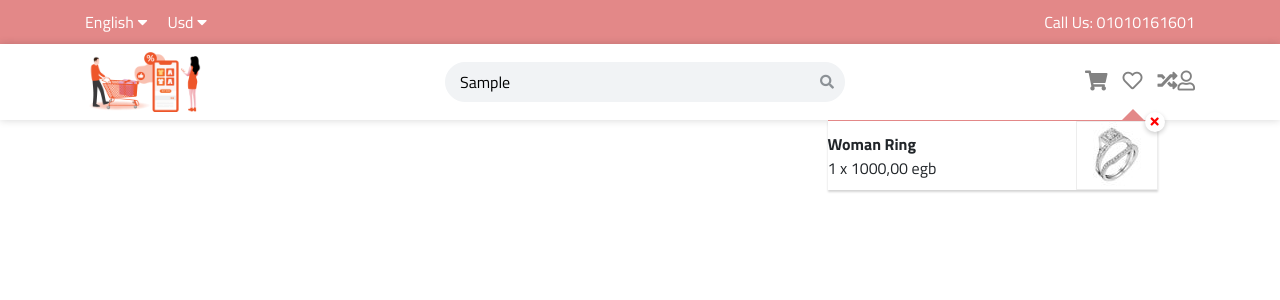
Repository: amrh20/ecommerce-temp
Page: src/index.html
An editor plug-in stored every save of this project. The page is shown before and after the next save, followed by the edit.
The browser window is 1280 px wide. The pictures show the whole page.
Empty fields were first filled with sample values (such as "Sample", 5 or name@example.com).
After loading, the first visible `div.wishlist-view` was clicked once.
The style sheet was rebuilt from its Sass, Less or Tailwind sources for each picture, by a compiler version that may differ from the author's.

Above is the page before, as saved 2020-01-19 12:01:53.

### src/index.html
<!DOCTYPE html>
<html lang="en" dir="ltr">

<head>
  <!-- Mobile specific metas===========================-->
  <meta charset="UTF-8">
  <meta name="viewport" content="width=device-width, initial-scale=1.0">
  <meta http-equiv="X-UA-Compatible" content="ie=edge">
  <!-- Basic page needs===========================-->
  <title>template</title>
  <!-- Favicon===========================-->
  <!-- <link rel="shortcut icon" type="image/x-icon" href="./images/fave-icon.png"> -->
  <!-- Css Base And Vendor ===========================-->
  <link rel="stylesheet" href="./vendors/bootstrap-4/css/bootstrap.min.css">
  <link rel="stylesheet" href="./vendors/fontawesome5.2/css/all.min.css">
  <link rel="stylesheet" href="./vendors/slickslider/slick.css">
  <!-- Site Style===========================-->
  <link rel="stylesheet" href="./styles/main.css">
  <!--[if lt IE 9]>
            <script src="https://oss.maxcdn.com/html5shiv/3.7.2/html5shiv.min.js"></script>
            <script src="https://oss.maxcdn.com/respond/1.4.2/respond.min.js"></script>
        <![endif]-->
</head>

<body>
  <div class="wrapper">
    <div class="body_overlay">
    <!-- start header -->
    <header>
      <div class="header">
        <!-- start top header -->
        <div class="top_header">
          <div class="container">
           <div class="top-header_content">
             <!-- dropdowns -->
            <div class="top_header-dropdowns">
              <!-- start language dropdown -->
              <div class="langauge-dropdown">
                <div class="top_header-dropdown-head">
                  <span>english</span>
                  <i class="fas fa-caret-down"></i>
                  <div class="top_header-dropdown-content">
                    <ul>
                      <li>english</li>
                      <li>french</li>
                    </ul>
                  </div>
                </div>

              </div><!-- end language dropdown -->

              <!-- start currency dropdown -->
              <div class="currency-dropdown">
                <div class="top_header-dropdown-head">
                  <span>usd</span>
                  <i class="fas fa-caret-down"></i>
                  <div class="top_header-dropdown-content">
                    <ul>
                      <li>egb</li>
                      <li>usd</li>
                    </ul>
                  </div>
                </div>

              </div><!-- end currency dropdown -->
            </div>
            <!-- contact -->
            <div class="top_header-contact">
              <p>Call Us: 01010161601</p>
            </div>

           </div>


          </div>
        </div><!-- end top header -->
        <!-- start middle haeder -->
        <div class="mid_header">
          <div class="container">
            <div class="mid_header-content">
              <!-- logo -->
              <div class="logo">
                <img src="./images/logo.png" alt="logo">
              </div>
              <!-- search -->
              <div class="search">
                <input type="text" placeholder="search">
                <i class="fas fa-search"></i>
              </div>
              <!-- icons -->
              <div class="icons">
                <div class="shopping-cart">
                  <div class="icon_head">
                    <i class="fas fa-shopping-cart"></i>
                  </div>

                  <div class="shopping-cart_content custom_content">
                    <div class="shopping-cart_details custom_details">
                      <div class="shopping-cart_row custom_row">
                        <div class="product_img">
                          <img src="./images/product-cart.png" alt="">
                        </div>
                        <div class="product_details">
                          <p class="product_name">Marvelous Modern 3 Seater</p>
                          <p class="product_price"> 599,00 <span>egb</span> </p>
                          <p>Qty: <span>1</span></p>
                        </div>
                        <div class="delete_product">
                          <i class="fa fa-times"></i>
                        </div>
                      </div>
                      <div class="shopping-cart_row custom_row">
                        <div class="product_img">
                          <img src="./images/product-cart.png" alt="">
                        </div>
                        <div class="product_details">
                          <p class="product_name">Marvelous Modern 3 Seater</p>
                          <p class="product_price"> 599,00 <span>egb</span> </p>
                          <p>Qty: <span>1</span></p>
                        </div>
                        <div class="delete_product">
                          <i class="fa fa-times"></i>
                        </div>
                      </div>
                        <div class="shopping-cart_row custom_row">
                        <div class="product_img">
                          <img src="./images/product-cart.png" alt="">
                        </div>
                        <div class="product_details">
                          <p class="product_name">Marvelous Modern 3 Seater</p>
                          <p class="product_price"> 599,00 <span>egb</span> </p>
                          <p>Qty: <span>1</span></p>
                        </div>
                        <div class="delete_product">
                          <i class="fa fa-times"></i>
                        </div>
                      </div>
                    </div>

                    <div class="custom-overlay">
                    </div>
                    <div class="total_price">
                      <span>sub total</span>
                      <span>800,00 egb</span>
                    </div>
                    <div class="cart_btns">
                      <button class="temp_button">view cart</button>
                      <button class="temp_button checkout_btn">checkout</button>
                    </div>
                  </div>

                </div>
                <div class="wishlist-view">
                  <div class="icon_head">
                    <i class="far fa-heart"></i>
                  </div>
                  <div class="wishlist-view_content custom_content">
                    <div class="wishlist-view_details custom_detaiLs">
                     <div class="wishlist-view_row custom_row">
                        <div class="product-details">
                          <p class="product_name">Woman Ring</p>
                          <p class="product_price"> <span>1</span> x 1000,00 egb</p>
                        </div>
                        <div class="product_img">
                          <img src="./images/wishlist_product.jpg" alt="wishlist_product">
                          <i class="fa fa-times"></i>
                        </div>
                     </div>
                    </div>
                    <div class="custom-overlay">
                    </div>
                  </div>

                </div>
                <div class="icon">
                  <i class="fa fa-random"></i>
                </div>
               <div class="icon">
                <i class="far fa-user"></i>
               </div>

              </div>
            </div>
          </div>
        </div>
        <!-- end middle haeder -->
      </div>
    </header><!-- end header -->
    </div>
  </div>

  </div>
  <!--Scripts Plugins========================-->
  <script src="./vendors/jquery/jquery-3.3.1.min.js"></script>
  <script src="./vendors/bootstrap-4/js/bootstrap.min.js"></script>
  <!-- Custom js ====================-->
  <script src="scripts/app.js"></script>
</body>

</html>

### src/scripts/app.js
$( document ).ready(function() {
    $(".shopping-cart").click(function(){
        $(".shopping-cart_content").toggleClass("showcontent");

    })
    $(".wishlist-view").click(function(){
        $(".wishlist-view_content").toggleClass("showcontent")
    })
});


// var allButtons = document.querySelectorAll('.icon_head');
// console.log("Found", allButtons.length, "div which class starts with “button”.");

// for (var i = 0; i < allButtons.length; i++) {
//   allButtons[i].addEventListener('click', function() {
//     $(".shopping-cart_content").toggleClass("showcontent")
//   });
// }

### src/styles/main.scss
/* imports sass files
========================*/
@import "../styles/variables.scss";
@import "../styles/buttons.scss";
@import "../styles/forms.scss";
@import "../styles/header.scss";
@import "../styles/base.scss";
@import "../styles/general.scss";

### src/styles/variables.scss
/* our sass varaibles
========================*/
$main-color :#e38888;
$second-color :#222222;
$icons-color :#828282;
$white: #fff;
$black : #000;
$top-header-hover :#e5e5e5;

### src/styles/buttons.scss
@import "../styles/variables.scss";

/* Buttons
==================================*/

### src/styles/forms.scss
@import "../styles/variables.scss";

/* forms
==============================*/
.form-control {
  height: 5rem;
  border: 2px solid transparent;
  border-radius: 1rem;
  box-shadow: 0 4px 10px -2px rgba(126, 173, 225, .5);
  font-size: 1.6rem;
  transition: all .3s ease-in-out;
  padding-left: 15px;

  &:focus {
    outline: none;
    box-shadow: 0 4px 10px -2px rgba(126, 173, 225, .5);
  }

  &::-webkit-input-placeholder {
    color: #7e7e7e;
    text-transform: capitalize;
    font-size: 1.4rem;
  }

  &.remove-default::-webkit-inner-spin-button,
  &.remove-default::-webkit-outer-spin-button,
  &.remove-default,
  &[type=date]::-webkit-inner-spin-button,
  &[type=date]::-webkit-outer-spin-button {
    -webkit-appearance: none;
    -moz-appearance: none;
    margin: 0;
  }

  &.remove-default::-webkit-inner-spin-button,
  &.remove-default::-webkit-outer-spin-button,
  &.remove-default,
  &[type=date] {
    -moz-appearance: textfield;
  }

}

textarea {
  height: auto;
  resize: none;
  width: 100%;
  border: 2px solid transparent;
  border-radius: 1rem;
  box-shadow: 0 4px 10px -2px rgba(126, 173, 225, .5);
  font-size: 1.6rem;
  transition: all .3s ease-in-out;
  padding: 15px;

  &:focus {
    outline: none;
    box-shadow: 0 4px 10px -2px rgba(126, 173, 225, .5);
  }
}

/*check-radio-item*/
.zvendo-check-item {
  margin-bottom: 1.5rem;
  text-align: start;

  &:last-of-type label {
    margin-left: 0;
  }

  input[type="radio"],
  input[type="checkbox"] {
    display: none;
  }

  input[type="radio"]+label,
  input[type="checkbox"]+label {
    position: relative;
    display: block;
    margin-bottom: 0;
    font-size: 1.42rem;
    text-transform: capitalize;
    color: #333232;
    cursor: pointer;
    padding-inline-start: 4rem;
  }

  input[type="radio"]+label::before,
  input[type="checkbox"]+label::before {
    position: absolute;
    content: "";
    font-family: 'Font Awesome 5 Free';
    font-weight: 900;
    display: flex;
    align-items: center;
    justify-content: center;
    font-size: 2rem;
    width: 3rem;
    height: 3rem;
    top: .5rem;
    left: 0;
    background-color: transparent;
    border: 2px solid $main-color;
    border-radius: .9rem;

    [dir="rtl"] & {
      left: auto;
      right: 0;
    }
  }

  input[type="radio"]:checked+label,
  input[type="checkbox"]:checked+label {
    color: $main-color;
  }

  input[type="radio"]:checked+label::before,
  input[type="checkbox"]:checked+label::before {
    font-family: "Font Awesome 5 Free";
    content: "\f00c";
    background-color: transparent;
    color: $main-color;
  }
}

### src/styles/header.scss
@import "../styles/variables.scss";

.header {
  // start top header
  .top_header {
    background-color: $main-color;
    color: $white;
    padding: 10px 0;
    .top-header_content {
      display: flex;
      justify-content: space-between;
      .top_header-dropdowns {
        display: flex;
        .langauge-dropdown,
        .currency-dropdown {
          position: relative;
          .top_header-dropdown-head {
            cursor: pointer;
            width: fit-content;
            text-transform: capitalize;
            .top_header-dropdown-content {
              background-color: $white;
              position: absolute;
              top: 52px;
              box-shadow: 0 0 8px 0 rgba(0, 0, 0, 0.17);
              color: $black;
              min-width: 80px;
              text-transform: capitalize;
              opacity: 0;
              visibility: hidden;
              transition: all 0.3s ease-in-out;
              ul {
                li {
                  padding: 10px;
                  cursor: pointer;
                  &:first-of-type {
                    padding-bottom: 0;
                  }
                  &:hover {
                    color: $main-color;
                  }
                }
              }
            }
            &:hover {
              .top_header-dropdown-content {
                opacity: 1;
                visibility: visible;
                top: 32px;
              }
            }
          }
        }
        .langauge-dropdown {
          margin-right: 20px;
        }
      }
    }
  }
  // start middle header
  .mid_header {
    box-shadow: 0 0 8px 0 rgba(0, 0, 0, 0.17);
    padding: 8px 0;
    .mid_header-content {
      display: flex;
      align-items: center;
      justify-content: space-between;
      .logo {
        img {
          max-height: 60px;
        }
      }
      // search
      .search {
        position: relative;
        input {
          border: 1px solid #f1f3f5;
          border-radius: 20px;
          background: #f1f3f5;
          min-width: 400px;
          padding: 7px 14px;
        }
        i {
          position: absolute;
          right: 11px;
          font-size: 14px;
          top: 50%;
          transform: translateY(-50%);
          color: #8c9196;
        }
      }
      // icons
      .icons {
        display: flex;

        i {
          font-size: 20px;
          color: $icons-color;
          cursor: pointer;
        }
        // shopping cart view
        .shopping-cart {
          position: relative;
          margin-right: 15px;
          .shopping-cart_row {
            .product_img {
              img {
                max-height: 100px;
              }
            }
            .product_details {
              margin: 0 15px;
              .product_name {
                font-weight: 700;
                overflow: hidden;
                text-overflow: ellipsis;
                white-space: nowrap;
                max-width: 170px;
              }
              .product_price {
                text-transform: uppercase;
                color: $main-color;
              }
            }
            .delete_product {
              i {
                color: red;
                font-size: 14px;
              }
            }
          }

          .total_price {
            display: flex;
            justify-content: space-between;
            padding: 15px 25px;
            text-transform: capitalize;
            border-top: 1px solid #eee;
            border-bottom: 1px solid #eee;
            span {
              &:first-of-type {
                color: #757575;
              }
              &:nth-of-type(2) {
                color: #010101;
                font-weight: 600;
              }
            }
          }
          .cart_btns {
            display: flex;
            justify-content: space-between;
            padding: 15px 25px;
            .checkout_btn {
                background-color: $main-color;
                color: $white;
                &:hover {
                    color: $main-color;
                    background-color: $white;
                }
            }
          }
        }

        // wishlist veiw
        .wishlist-view {
          margin-right: 15px;
          position: relative;
          .wishlist-view_content {
          // padding: 25px 35px;
          border-top: 1px solid $main-color;
          min-width: 330px;
          }
          .wishlist-view_row {
            justify-content: space-between;
            // border-bottom: 1px solid #e6ebee;
            // padding: 0 0 15px 0;
            padding: 0;
            .product_name {
              font-weight: 800;
            }
            .product_img {
              border: 1px solid #ededed;
              position: relative;
              i {
                position: absolute;
                right: -8px;
                top: -10px;
                font-size: 12px;
                box-shadow: 0 2px 5px rgba(0,0,0,0.2);
                width: 2rem;
                height: 2rem;
                border-radius: 50%;
                background-color: #fff;
                display: flex;
                left: c;
                color: red;
                justify-content: center;
                align-items: center;
              }
            }
          }

        }
      }
    }
  }
  // custom views
  .custom-overlay {
    border-color: #e38888 transparent;
    border-style: solid;
    border-width: 0 12px 12px;
    height: 0;
    width: 0;
    top: -12px;
    right: 13px;
    position: absolute;
  }
  .custom_content {
    transition: all 0.3s ease-in-out;
    position: absolute;
    min-width: 360px;
    top: 20px;
    right: -15px;
    transition: all 0.3s ease;
    opacity: 0;
    visibility: hidden;
    box-shadow: 0 2px 2px rgba(0, 0, 0, 0.17);
    background-color: $white;
    .custom_details {
        border-top: 1px solid $main-color;
        max-height: 350px;
        overflow: auto;
    }
    &.showcontent {
      opacity: 1;
      visibility: visible;
      top: 50px;
    }
  }
  .custom_row {
    padding: 5px 25px;
    display: flex;
    align-items: center;
  }
}

### src/styles/base.scss
@import "../styles/variables.scss";

/* General elements
======================*/
*,p {
  margin: 0;
  padding: 0;
}
*,
*:focus {
  outline: none !important;
}

.highlightClass {
  color: $main-color;
}
/*import fonts
========================*/
@import url('https://fonts.googleapis.com/css?family=Ubuntu:400,700');

@font-face {
  font-family: Cairo;
  font-style: normal;
  src: local('Cairo Regular'), local('Cairo-Regular'), url("../fonts/Cairo/Cairo-Regular.ttf");
  font-display: swap;
  font-weight: 400;
}
@font-face {
  font-family: Cairo;
  font-style: normal;
  src: local('Cairo Cairo-SemiBold'), local('Cairo-Cairo-SemiBold'), url("../fonts/Cairo/Cairo-SemiBold.ttf");
  font-display: swap;
  font-weight: 600;
}
@font-face {
  font-family: Cairo;
  font-style: normal;
  src: local('Cairo Bold'), local('Cairo-Bold'), url("../fonts/Cairo/Cairo-Bold.ttf");
  font-display: swap;
  font-weight: 700;
}
/*body-layout
========================*/
html {
  font-size: 62.5%;
  overflow-x: hidden;
}
body {
  font-family: 'Cairo',  sans-serif;
  font-size: 1.6rem;

  [dir=rtl] & {
    direction: rtl;
    text-align: right;
  }
}

.wrapper {
  position: relative;
  width: 100%;
}
/* Links
==================*/
a {
  color: inherit;
  &:hover,
  &:focus {
    text-decoration: none;
    transition: all .3s ease-in-out;
    color: inherit;
  }
}
/* Images
============================*/
img {
  // display: block;
  max-width: 100%;
  height: auto;
}

// list items
ul {
  list-style: none;
  margin: 0;
}

/* inputs
============================*/

### src/styles/general.scss
@import "../styles/variables.scss";


// buttons
.temp_button {
    color: $black;
    padding: 5px 22px;
    border-radius: 18px;
    vertical-align: top;
    display: inline-block;
    background: transparent;
    border: 1px solid $main-color;
    text-transform: uppercase;
    cursor: pointer;
    transition: all .3s ease-in-out;
    &:hover {
        background-color: $main-color;
        color: $white;
    }
}

Loaded but not shown: src/vendors/bootstrap-4/css/bootstrap.min.css (library); src/vendors/fontawesome5.2/css/all.min.css (library); src/vendors/slickslider/slick.css (common file); src/vendors/jquery/jquery-3.3.1.min.js (library); src/vendors/bootstrap-4/js/bootstrap.min.js (library)

After the next save:
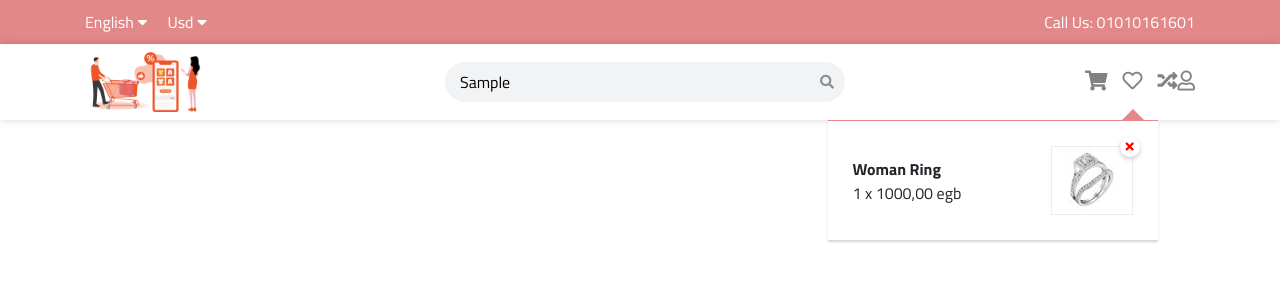
Saved 9 s later.
--- a/src/styles/header.scss
+++ b/src/styles/header.scss
@@ -167,7 +167,7 @@
           margin-right: 15px;
           position: relative;
           .wishlist-view_content {
-          // padding: 25px 35px;
+          padding: 25px;
           border-top: 1px solid $main-color;
           min-width: 330px;
           }
